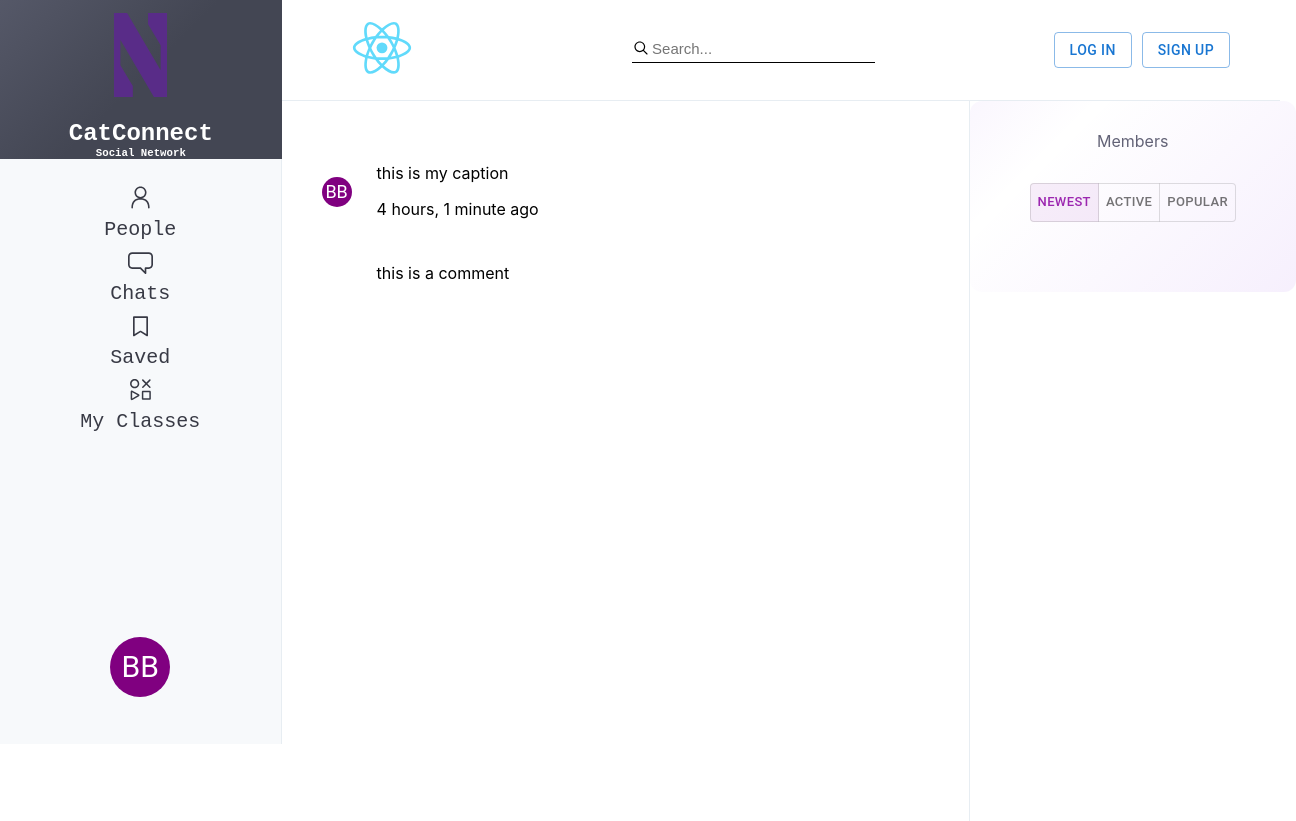
Repository: bbrockbrown/fws_proj
Page: / (app in frontend/)
The author's editor kept a copy of each file at every save. The page is drawn from the files as they stood at one save, then again after the next save.
The browser window is 1280 px wide. The page is 1296 px wide, so the pictures cover 1296 px, including what lies to the right of the window. The pictures show the whole page.
The project was rebuilt for these pictures with package versions that can differ from the ones it lists, and the page was loaded fresh each time. Also part of the build but not shown: frontend/craco.config.js.

Above is the page before, as saved 2025-04-27 11:57:07.

After the next save:
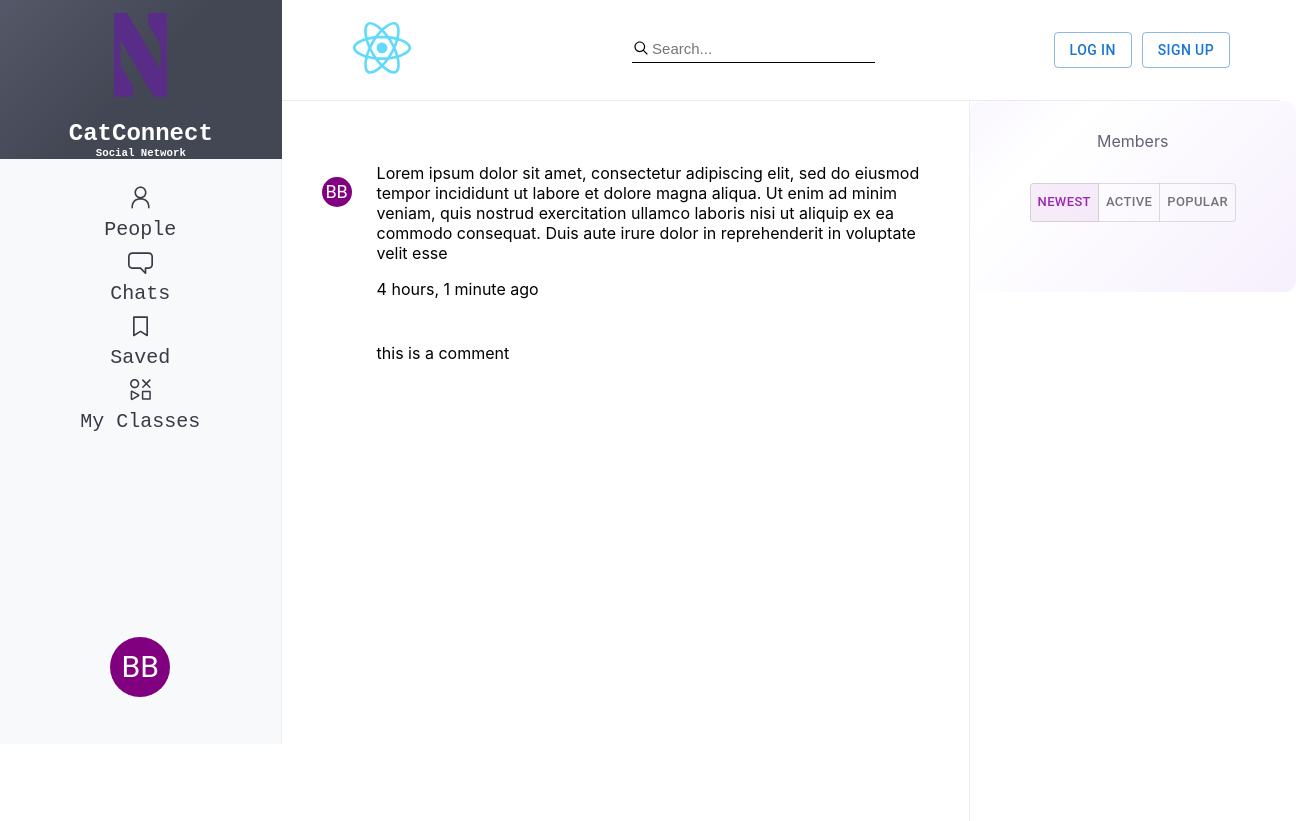
Saved 42 s later.
--- a/frontend/src/common/components/Feed.jsx
+++ b/frontend/src/common/components/Feed.jsx
@@ -55,7 +55,13 @@
           <PostContent>
             <div style={{ marginBottom: '0.75rem', textAlign: 'left' }}>
               <div>
-                <p>this is my caption</p>
+                <p>
+                  Lorem ipsum dolor sit amet, consectetur adipiscing elit, sed
+                  do eiusmod tempor incididunt ut labore et dolore magna aliqua.
+                  Ut enim ad minim veniam, quis nostrud exercitation ullamco
+                  laboris nisi ut aliquip ex ea commodo consequat. Duis aute
+                  irure dolor in reprehenderit in voluptate velit esse{' '}
+                </p>
               </div>
               <div>
                 <p>4 hours, 1 minute ago</p>
